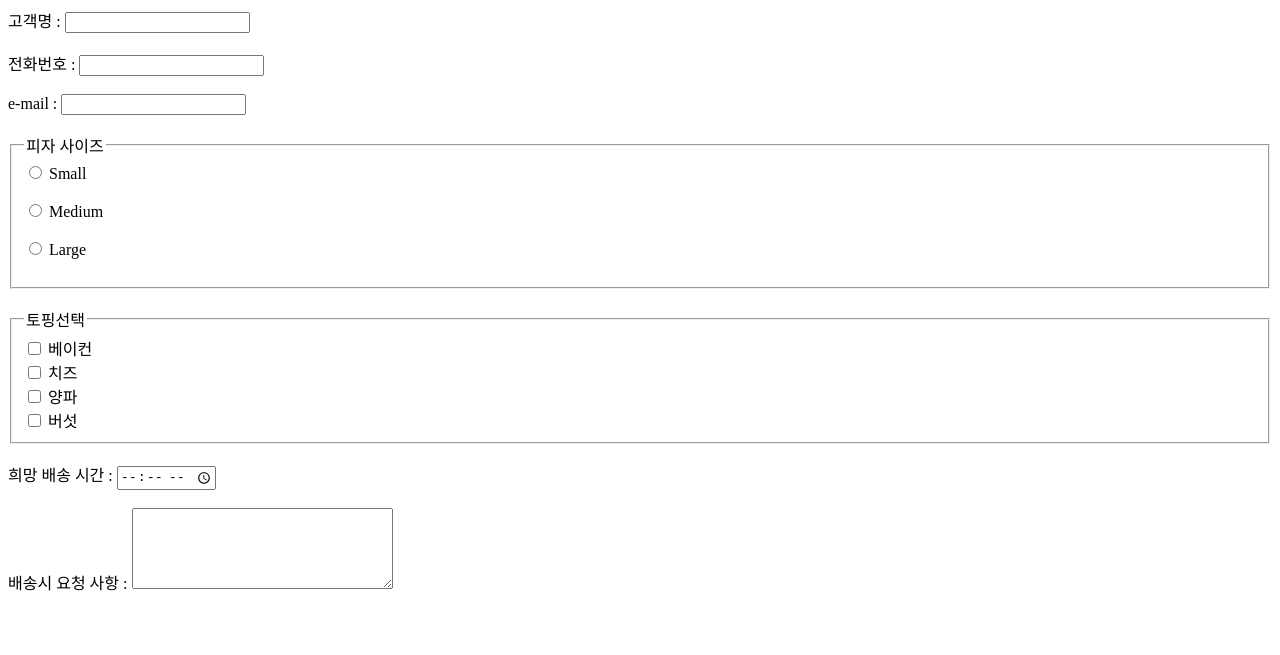
Repository: seokhoyoun/HTML_CSS
Page: html5Projects/web/views/orderform.html
These files come from the project's save history. The page is drawn as it stood at one moment and after the next save; the edit follows.
The browser window is 1280 px wide. The pictures show the whole page.

Above is the page before, as saved 2019-02-01 11:57:47.

After the next save:
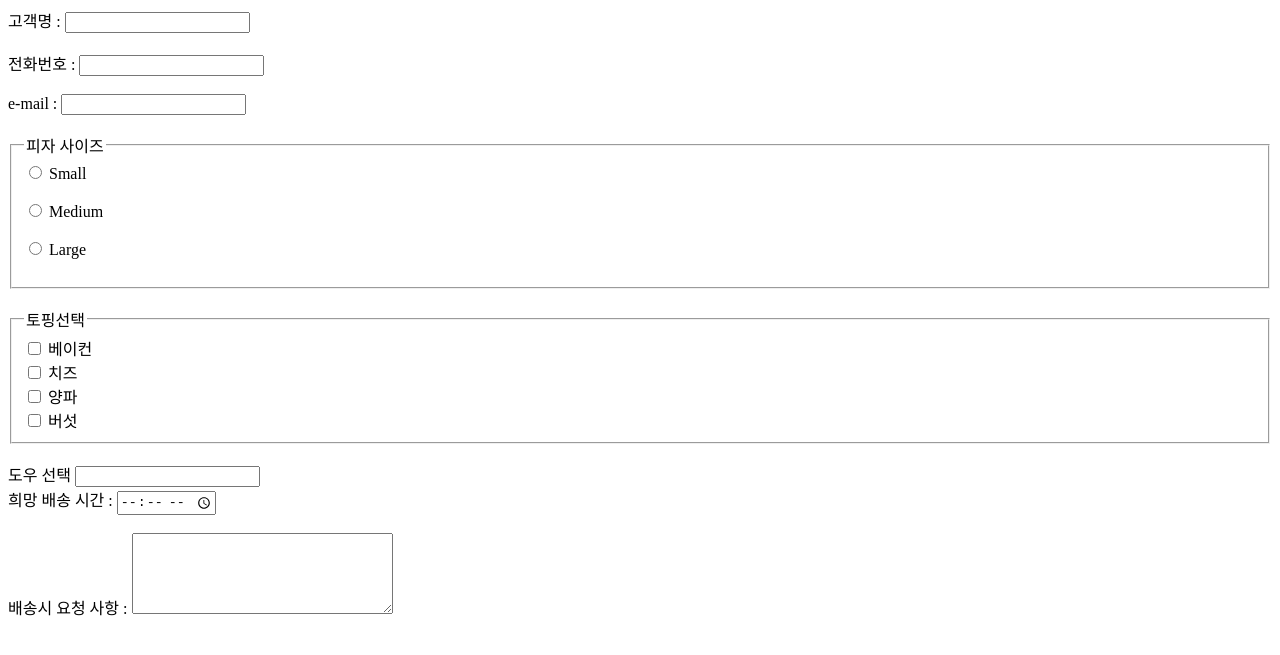
Saved 14 min 55 s later.
--- a/html5Projects/web/views/orderform.html
+++ b/html5Projects/web/views/orderform.html
@@ -26,7 +26,15 @@
       <input type="checkbox" name="topping"> 버섯 <br>
 
     </fieldset> <br>
-    희망 배송 시간 : <input type="time" name="time"><br><br>
+     도우 선택 <input type="text" name="dough" list="dough"><br>
+    <datalist id="dough">
+      <option value="black" label="블랙">
+      <option value="cheese" label="치즈">
+      <option value="gold" label="골드">
+
+    </datalist>
+
+    희망 배송 시간 : <input type="time" name="time" min="10:00" max="22:00"><br><br>
     배송시 요청 사항 : <textarea name="etc" id="etc" cols="30" rows="5"></textarea>
 
   </form>
